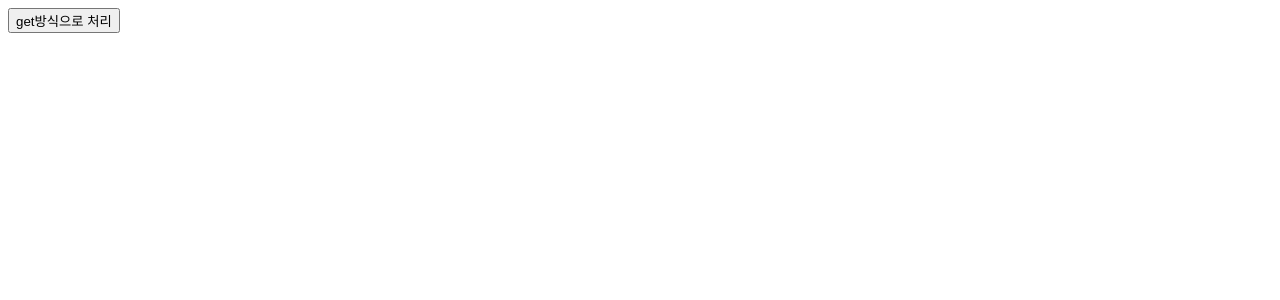
Repository: YoungQWER/js_2024.02.27
Page: http://localhost/web-study-02/method.jsp
An editor plug-in stored every save of this project. The page is shown before and after the next save, followed by the edit.
The browser window is 1280 px wide. The pictures show the whole page.
The page is served by Tomcat 9. Other server files are loaded and not shown.

Above is the page before, as saved 2024-02-28 03:52:01.

### web-study-02/src/main/webapp/method.jsp
<%@ page language="java" contentType="text/html; charset=UTF-8"
    pageEncoding="UTF-8"%>
<!DOCTYPE html>
<html>
<head>
<meta charset="UTF-8">
<title>Insert title here</title>
</head>
<body>
	<form action="MethodServlet" method="get">
		<input type="submit" value="get방식으로 처리">
	</form>
</body>
</html>

After the next save:
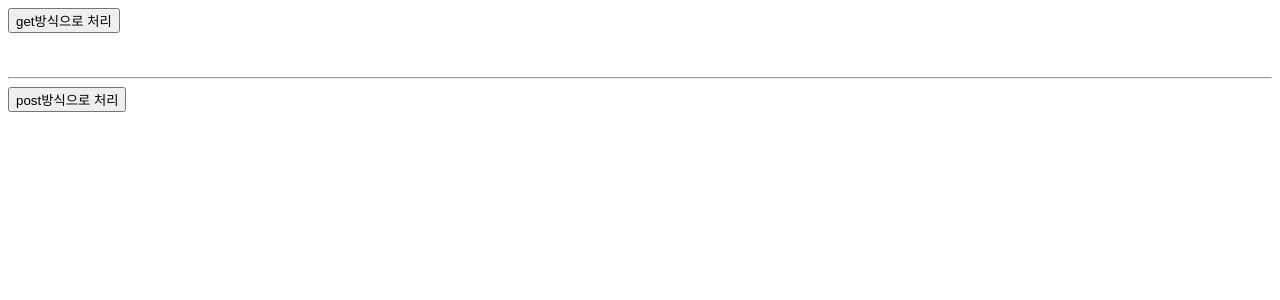
Saved 43 s later.
--- a/web-study-02/src/main/webapp/method.jsp
+++ b/web-study-02/src/main/webapp/method.jsp
@@ -7,8 +7,14 @@
 <title>Insert title here</title>
 </head>
 <body>
-	<form action="MethodServlet" method="get">
+	<form action="MethodServlet">
 		<input type="submit" value="get방식으로 처리">
+	</form>
+	<br>
+	<br>
+	<hr>
+	<form action="MethodServlet" method="post">
+		<input type="submit" value="post방식으로 처리">
 	</form>
 </body>
 </html>
